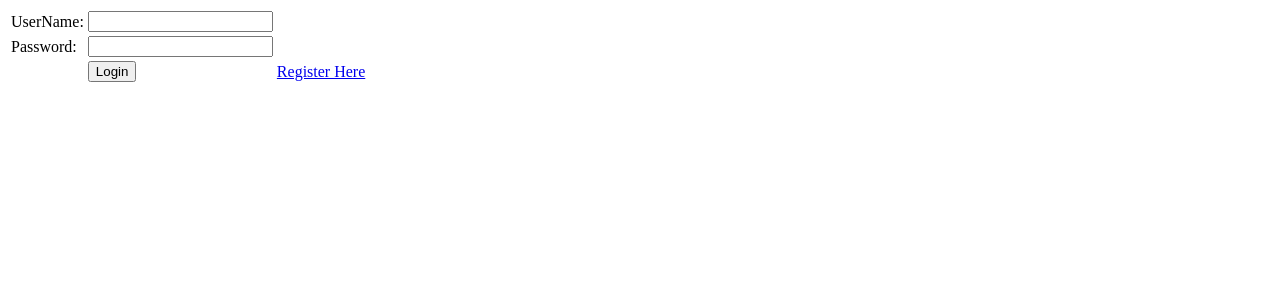
Repository: Kaushikreddy91/ISS_Assignment
Page: http://localhost/Reg_Loginapp/login.jsp
These files come from the project's save history. The page is drawn as it stood at one moment and after the next save; the edit follows.
The browser window is 1280 px wide. The pictures show the whole page.
The page is served by Tomcat 10.

Above is the page before, as saved 2023-01-04 10:17:42.

After the next save:
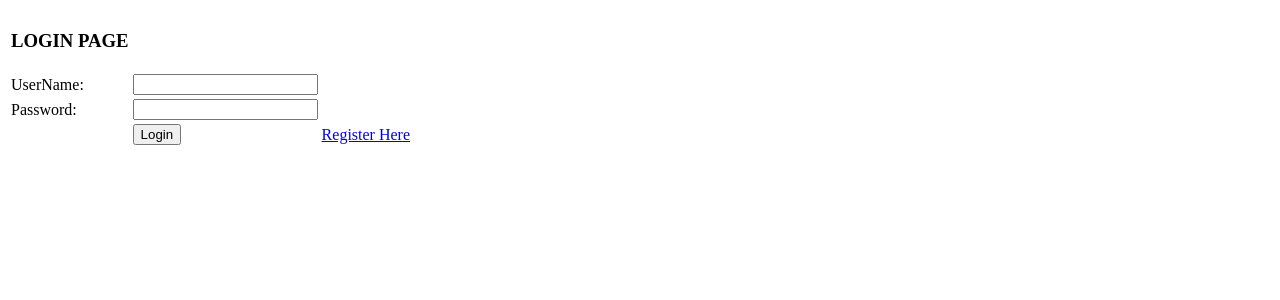
Saved 3 s later.
--- a/Reg_Loginapp/src/main/webapp/login.jsp
+++ b/Reg_Loginapp/src/main/webapp/login.jsp
@@ -7,8 +7,11 @@
 <title>Insert title here</title>
 </head>
 <body>
-<form action="Register" method="post">
+<form action="LoginRegister">
 <table>
+<tr>
+<td><h3>LOGIN PAGE</h3></td><td></td>
+</tr>
 <tr><td>UserName: </td><td><input type="text" name="uname"></td></tr>
 <tr><td>Password: </td><td><input type="password" name="password"></td></tr>
 <tr><td></td><td><input type="submit" value="Login"></td><td><a href="memRegistration.jsp">Register Here</a></td></tr>
